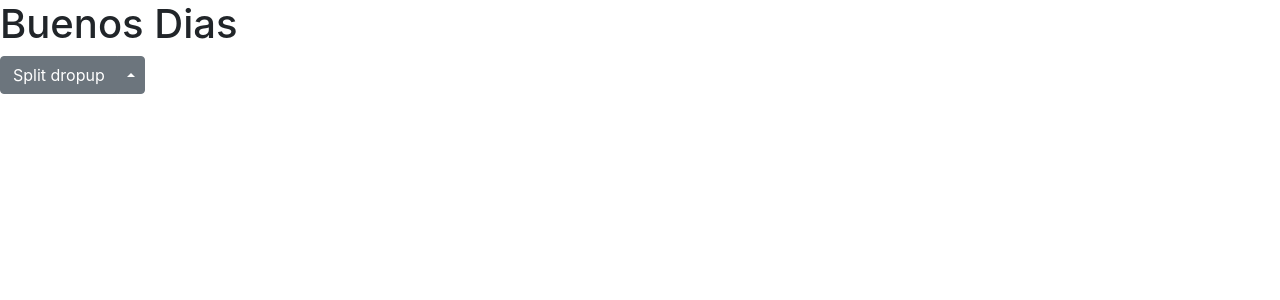
Repository: Alemartinez97/New-Repository
Page: programacion-3/tp4/index.html
These files come from the project's save history. The page is drawn as it stood at one moment and after the next save; the edit follows.
The browser window is 1280 px wide. The pictures show the whole page.

Above is the page before, as saved 2020-06-11 15:24:16.

After the next save:
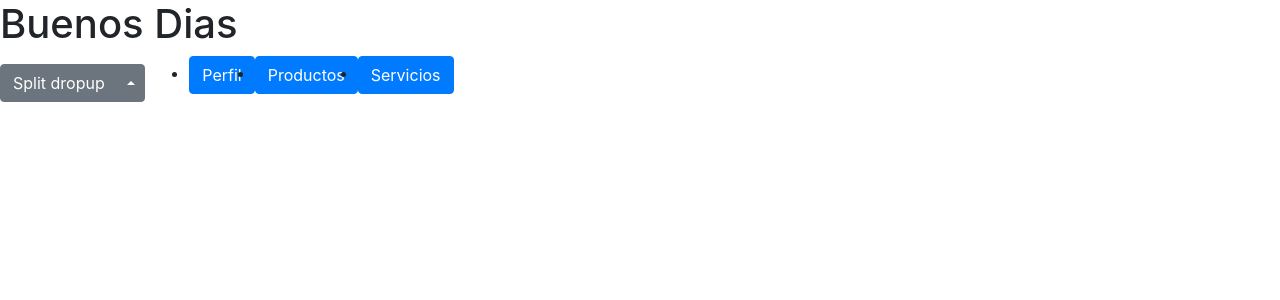
Saved 48 s later.
--- a/programacion-3/tp4/index.html
+++ b/programacion-3/tp4/index.html
@@ -19,7 +19,7 @@
       <!-- Dropdown menu links -->
     </div>
   </div>
-  <ul class="dropdown-menu" aria-labelledby="dropdownMenu2">
+  <ul  class="btn-group dropup">
     <li><a href="./tareas/lista.html" class="btn btn-primary">Perfil</a></li>
     <li><a href="producto.html" class="btn btn-primary">Productos</a></li>
     <li><a href="servicio.html" class="btn btn-primary">Servicios</a></li>
